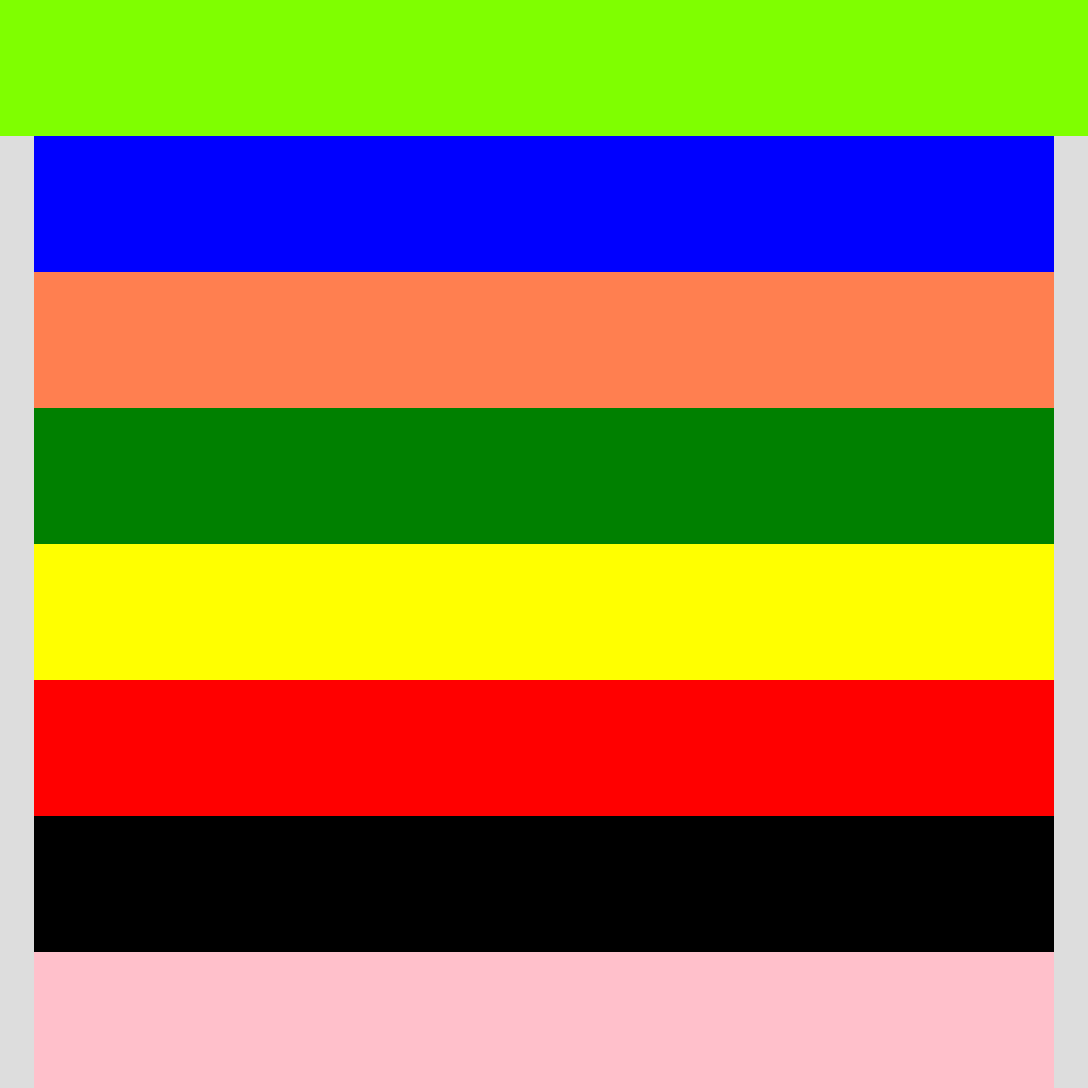
Repository: rafavirginio/clone-do-youtube
Page: index.html
These files come from the project's save history. The page is drawn as it stood at one moment and after the next save; the edit follows.
The browser window is 1280 px wide. The pictures show the whole page, at 85% of full size.

Above is the page before, as saved 2020-09-28 17:34:58.

### index.html
<!DOCTYPE html>
<html lang="pt">

<head>
    <meta charset="UTF-8">
    <meta name="viewport" content="width=device-width, initial-scale=1.0">
    <title>Youtube</title>
    <link rel="stylesheet" href="style.css">
</head>

<body>
    <header></header>
    <main>
        <section class="video-player"></section>
        <section class="video-info"></section>
        <section class="actions"></section>
        <section class="channel"></section>
        <section class="subscribe"></section>
        <section class="ad"></section>
        <section class="up-next"></section>
    </main>


</body>

</html>

### style.css
/* Reset CSS */

* {
    margin: 0;
    paddinh: 0;
    box-sizing: border-box;
}

body {
    background-color: #ddd;
}

header {
    background-color: chartreuse;
}

header,
section {
    padding: 5rem;
}

main {
    max-width: 1200px;
    margin: auto;
}

.video-player {
    background-color: blue;
}

.video-info {
    background-color: coral;
}

.actions {
    background-color: green;
}

.channel {
    background-color: yellow;
}

.subscribe {
    background-color: red;
}

.ad {
    background-color: black;
}

.up-next {
    background-color: pink;
}

After the next save:
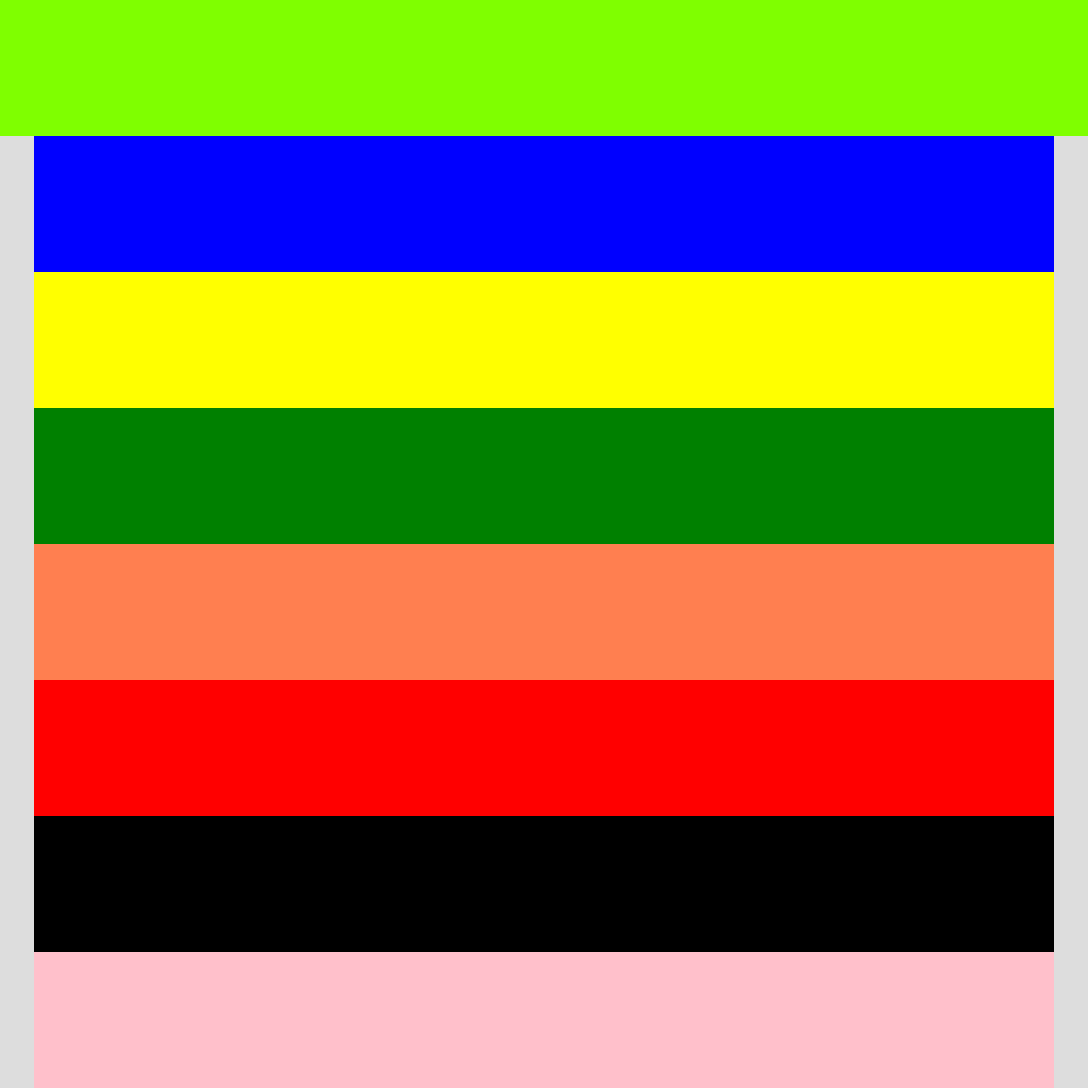
Saved 11 min 41 s later.
--- a/style.css
+++ b/style.css
@@ -29,7 +29,7 @@
 }
 
 .video-info {
-    background-color: coral;
+    background-color: yellow;
 }
 
 .actions {
@@ -37,7 +37,7 @@
 }
 
 .channel {
-    background-color: yellow;
+    background-color: coral;
 }
 
 .subscribe {
